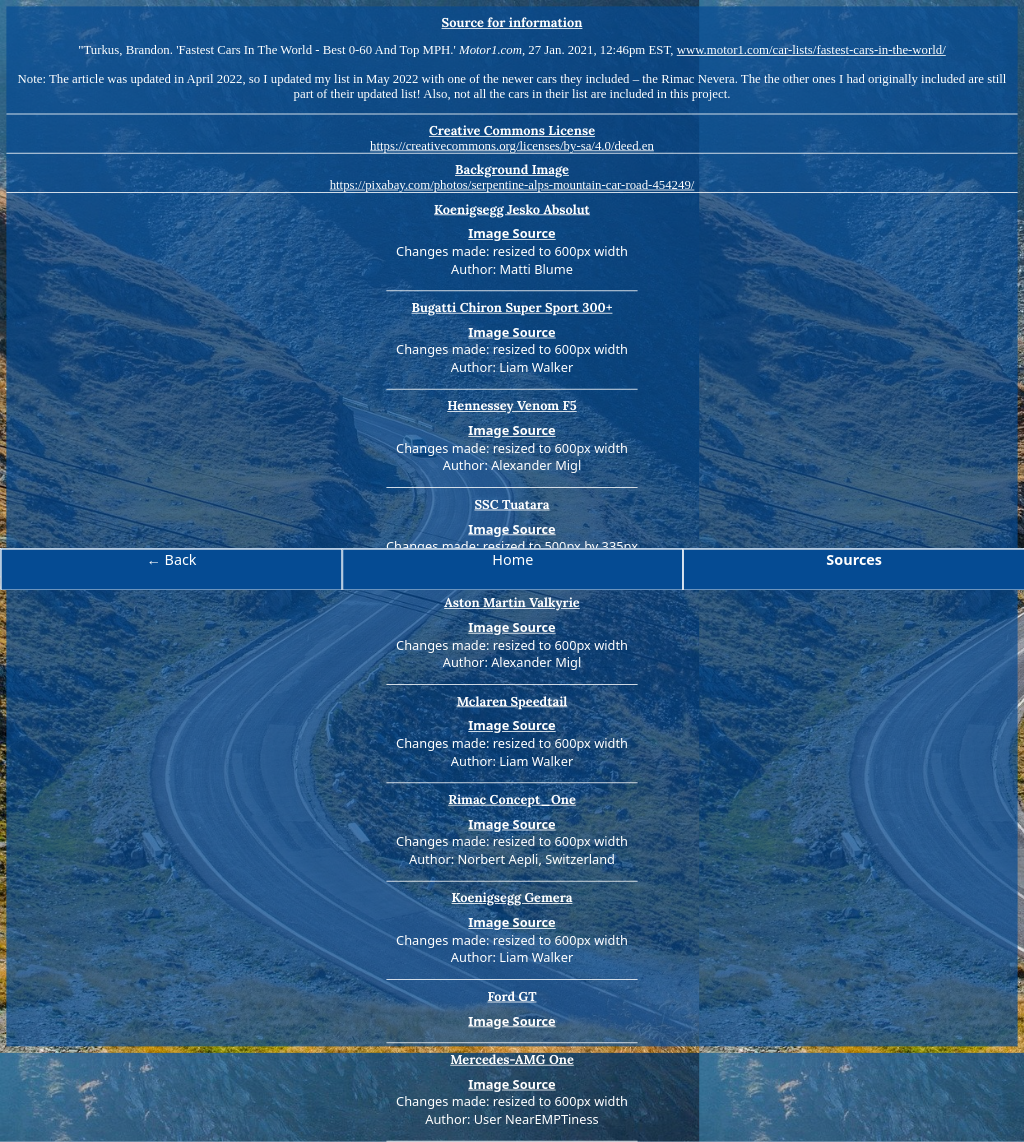
Repository: xxk3990/fastest-cars-project
Page: sources.html
An editor plug-in stored every save of this project. The page is shown before and after the next save, followed by the edit.
The browser window is 1280 px wide. The pictures show the whole page, at 80% of full size.
Backgrounds fixed to the window are drawn as part of the page.

Above is the page before, as saved 2022-05-19 15:59:14.

### sources.html
<!DOCTYPE html>
<html lang="en">

<head>
    <meta charset="UTF-8">
    <meta http-equiv="X-UA-Compatible" content="IE=edge">
    <meta name="viewport" content="width=device-width, initial-scale=1.0">
    <title>Sources</title>
    <link rel="stylesheet" href="styles/styles.css">
    <link rel="preconnect" href="https://fonts.gstatic.com">
    <link href="https://fonts.googleapis.com/css2?family=Lora:wght@700&display=swap" rel="stylesheet">
    <link rel="preconnect" href="https://fonts.gstatic.com">
    <link href="https://fonts.googleapis.com/css2?family=Lora:wght@700&family=Noto+Sans&display=swap" rel="stylesheet">
</head>

<body>
    <section id="sourcesList">
        <section id="sources">
            <section id="static-sources"> <!--had to remove the info source from the json to avoid issues-->
                <section id="information-source" class = "static-src">
                    <h4 class="source-header">Source for information</h4>
                    <p>"Turkus, Brandon. 'Fastest Cars In The World - Best 0-60 And Top MPH.' <em>Motor1.com</em>, 27 Jan.
                        2021, 12:46pm EST, <a id ="info-src"
                            href="https://www.motor1.com/car-lists/fastest-cars-in-the-world/">www.motor1.com/car-lists/fastest-cars-in-the-world/</a>
                        <br>
                        <br>
                        Note: The article was updated in April 2022, so I updated my list in May 2022 with one of the newer cars they included – the Rimac Nevera. The the other ones I had originally included are still part of their updated list! Also, not all the cars in their list are included in this project.
                    </p>
                </section>
                <section id="cc-license" class = "static-src">
                    <h4 class="source-header">Creative Commons License</h4>
                    <!--required for WikiMedia Commons use-->
                    <a class = "img-src"
                        href="https://creativecommons.org/licenses/by-sa/4.0/deed.en">https://creativecommons.org/licenses/by-sa/4.0/deed.en</a>
                </section>
                <section id="bg-img-source" class = "static-src">
                    <h4 class="source-header"> Background Image </h4>
                    <a class = "img-src" href="https://pixabay.com/photos/serpentine-alps-mountain-car-road-454249/">
                        https://pixabay.com/photos/serpentine-alps-mountain-car-road-454249/
                    </a>
                </section>
            </section>
            <section id="dynamicSources"> <!--sources lodaed from JSON go here!-->
            </section>
        </section>

    </section>
    <script src="sources.js"></script>
    <footer class="nav-bar">
        <section id="pages-links">
            <!--
            This neat trick of adding a <div> to an <a> allows you to make
            an <a> tag that fills an entire section and isn't just text!
            -->
            <a id="backLink" href="javascript:window.history.back()">
                <div> &#8592; Back </div>
            </a>
            <a id="homeLink" href="main-list.html">
                <div> Home </div>
            </a>
            <div id="sourcesLink">
                <div><strong>Sources</strong></div>
            </div>
        </section>
    </footer>
</body>

</html>

### styles/styles.css
body {
    background: url("../imgs/background.jpg");
    background-size: contain;
    background-attachment: fixed;
    /* stops bg image from scrolling with data on page */
}
#indexBody {
    height: 100vh;
}

#carsList {
    display: grid;
    /* repeat() works well for dynamically loading a grid! */
    grid-template-columns: repeat(2, 1fr);
    grid-template-rows: repeat(5, 1fr);
    grid-gap: 15px;
    z-index: 0;
}

#carDetails,
#sourcesList {
    display: flex;
    flex-direction: column;
    align-items: center;
}

#cars {
    display: flex;
    flex-direction: column;
    align-items: center;
    background: rgb(5, 75, 147, 0.7);
    height: 450px;
    cursor: pointer;
}

#sources {
    display: flex;
    flex-direction: column;
    align-items: center;
    background: rgb(5, 75, 147, 0.7);
    color: white;
    text-align: center;
    height: 1300px; /* this was the only height that would have all the data show */
}

.img-src,
#info-src {
    color: white;
}

#car-img-sources, .static-src {
    border-bottom: 1px solid white;
}

.source-header { /* all source title headers */
    font-family: "Lora";
    text-decoration: underline;
    margin-bottom: 0;
    margin-top: 10px;
}

.source-data {
    list-style-type: none;
    display: flex;
    flex-direction: column;
    align-items: center;
    font-family: "Noto Sans";
    padding: 0;
    margin-top: 10px;
}

#car {
    text-align: center;
}

.make-model {
    display: flex;
    justify-content: space-evenly;
    font-family: "Lora";
    font-size: 21px;
    color: white;
}

.make-model-title {
    font-family: "Lora";
    font-weight: bold;
    color: white;
    font-size: 1.5em;
    margin-bottom: 5px;
    text-align: center;
}

.make-model h4 {
    margin-top: 10px;
}

#details {
    display: flex;
    flex-direction: column;
    align-items: center;
    background: rgb(5, 75, 147, 0.7);
    height: 700px;
}

#detail {
    display: flex;
    flex-direction: column;
    align-items: center;
    text-align: center;
    color: white;
    font-size: 20px;
    font-family: 'Noto Sans', sans-serif;
}

#top_speed_title,
#description h4 {
    /* make both section titles underlined and have normal font weight */
    font-weight: normal;
    text-decoration: underline;
}

#topSpeedAmt {
    font-weight: normal;
}

#top-speed {
    /* top speed span */
    display: flex;
    justify-content: center;
    padding-left: 5px;
    padding-right: 5px;
}

#description {
    margin-left: 50px;
    margin-right: 50px;
    font-size: 20px;
}

.nav-bar {
    position: fixed;
    z-index: 1;
    width: 100vw;
    height: 35px;
    background-color: #054b93;
    bottom: 0;
    left: 0;
}

#pages-links {
    display: flex;
    justify-content: space-evenly;
    list-style-type: none;
}

#pages-links a,
#pages-links div {
    /* turns navbar links into clickable elements instead of just text */
    width: 100%;
    height: 50px;
    background-color: #054b93;
    border: 1px solid white;
    color: white;
    text-decoration: none;
    font-size: 18px;
    vertical-align: middle;
    font-family: "Noto Sans";
    text-align: center;
}

#pages-links a div {
    text-align: center;
}

#app-info {
    display: flex;
    flex-direction: column;
    align-items: center;
    background: rgb(5, 75, 147, 0.7);
    text-align: center;
    color: white;
    font-family: "Noto Sans";
    font-size: 22px;
}
#welcome {
    font-family: "Lora";
    text-align: center;
    color: white;
}

@media screen and (min-width: 321px) and (max-width: 600px) {
    body {
        background: url("../imgs/background.jpg");
        background-size: 100vw 100vh;
        background-attachment: fixed;
    }

    #details-html,
    #details-body {
        margin-top: 0;
        /* reduces scrolling issues */
    }

    #carsList,
    #carDetails,
    #sourcesList {
        display: flex;
        flex-direction: column;
        align-items: center;
    }

    #sources {
        font-size: 17px;
        height: 1575px; /* had to be EVEN longer for this one */
    }

    #cars {
        width: 350px;
        height: 300px;
    }

    #car-image,
    #car-image-zoomed {
        width: 350px;
    }

    #car-image-zoomed {
        margin-top: 7px;
        /* add a bit of spacing between image and top of section on details page */
    }

    .make-model {
        /* for some reason it had extra padding and margins in the mobile version!*/
        margin: 0;
        padding: 0;
        height: 40px;
    }

    #details {
        width: 100vw;
        height: 100vh;
    }

    #top-speed {
        height: 40px;
        margin-bottom: 0;
    }

    #top-speed h4 {
        margin-top: 15px;
    }

    #description {
        margin-left: 20px;
        margin-right: 20px;
    }

    #description h4 {
        margin-top: 15px;
        margin-bottom: 0;
    }

    #description p {
        margin-top: 15px;
        font-size: 19px;
    }

    .img-src,
    #info-src {
        display: flex;
        flex-direction: column;
        align-items: center;
    }

    .source-data,
    #information-source p,
    #bg-img-source {
        padding: 0;
    }
    .source-header {
        max-width: 375px;
    }

    #app-info {
        height: 50vh;
        font-size: 30px;
    }

}

@media screen and (max-width: 320px) {

    html,
    body {
        background: url("../imgs/background.jpg");
        background-size: 100vw 100vh;
        background-attachment: fixed;
    }

    #details-html,
    #details-body {
        margin-top: 0;
        /* reduces scrolling issues */
    }

    #carsList,
    #carDetails {
        display: flex;
        flex-direction: column;
        align-items: center;
    }

    #details {
        width: 100vw;
        height: 600px;
    }

    #car-image,
    #car-image-zoomed {
        width: 300px;
    }

    #car-image-zoomed {
        margin-top: 7px;
        /* add a bit of spacing between image and top of section on details page */
    }

    #cars {
        width: 300px;
        height: 300px;
    }

    .make-model {
        /* for some reason it had extra padding and margins in the mobile version!*/
        margin: 0;
        padding: 0;
        height: 30px;
        font-size: 20.5px;
        margin-bottom: 20px;
    }

    #top-speed {
        height: 30px;
        margin-bottom: 0;
    }

    #top-speed h4 {
        margin-top: 10px;
    }

    #description {
        margin-left: 10px;
        margin-right: 10px;
        font-size: 17px;
    }

    #description h4 {
        margin-top: 10px;
        margin-bottom: 0;
    }

    #description p {
        margin-top: 10px;
    }
    #sources {
        height: 1500px;
    }

}

@media screen and (min-width: 768px) and (max-width: 1024px) {
    #carsList {
        display: flex;
        flex-direction: column;
        align-items: center;
    }

    #car-image {
        width: 600px;
    }

    #cars {
        width: 600px;
        height: 500px;
    }
    #sources {
        height: 1400px;
    }

}

### sources.js
"use strict";

const xhr = new XMLHttpRequest(),
    url = "fastest-cars.json";
let output = "";

xhr.onreadystatechange = () => {
    if (xhr.readyState === 4 && xhr.status === 200) {
        const srcObj = JSON.parse(xhr.responseText);
        for (let s of srcObj) {
                output += display(s);
        }
        dynamicSources.innerHTML += output;
    }
};
xhr.open("GET", url, true);
xhr.send();

const display = (data) => {
    if (data.make === "Ford") {
    //the GT is the only one not from Wikimedia Commons and so it doesn't require the author and changes made.
        return `
            <section id = "car-img-sources">
                <h4 class = "source-header"> ${data.make} ${data.model}</h4>
                <ul class = "source-data">
                    <li><strong><a class ="img-src" href = "${data.imageSource.url}">Image Source</a></strong></li>
                </ul>
            </section>
        `
    } else {
        return `
                    <section id = "car-img-sources">
                        <h4 class = "source-header"> ${data.make} ${data.model}</h4>
                        <ul class = "source-data">
                            <li class = "source-li"><strong><a class ="img-src" href = "${data.imageSource.url}">Image Source</a></strong></li>
                            <li class = "source-li"> Changes made: ${data.imageSource.changes_made}</li>
                            <li class = "source-li"> Author: ${data.imageSource.author}</li>
                        </ul>
                    </section>
        `
    }

}

### fastest-cars.json
[
   {
      "id": 0,
      "model":"Jesko Absolut",
      "make":"Koenigsegg",
      "top_speed":330,
      "description":"This vehicle has 1600 brake horsepower with a five liter V8 engine that has added downforce due to a sleek body. However, while the other cars have officially reached their top speed, the Jesko Absolut's claimed top speed of 330 is only what their calculations say, as they have not been able to officially test it.",
      "image": {
         "sixHundred": "imgs/jesko.jpeg",
         "fourHundred": "imgs/jesko-400.jpeg",
         "threeFifty": "imgs/jesko-350.jpeg",
         "threeHundred": "imgs/jesko-300.jpeg"
      },
      "imageSource":{
         "url":"https://commons.wikimedia.org/wiki/File:GIMS_2019,_Le_Grand-Saconnex_(GIMS0833).jpg",
         "changes_made":"resized to 600px width",
         "author":"Matti Blume"
      }
   },
   {
      "id": 1,
      "model":"Chiron Super Sport 300+",
      "make":"Bugatti",
      "top_speed":304,
      "description":"This car was tested and hit 304mph. It has 1,600 brake horsepower and can hit 60mph in only 2.3 seconds.",
      "image":{
         "sixHundred": "imgs/chiron_300plus.jpeg",
         "fourHundred": "imgs/chiron_300plus-400.jpeg",
         "threeFifty" : "imgs/chiron_300plus-350.jpeg",
         "threeHundred": "imgs/chiron_300plus-300.jpeg"
      },
      "imageSource":{
         "url":"https://commons.wikimedia.org/wiki/File:2020_Bugatti_Chiron_Super_Sport_300%2B_Prototype.jpg",
         "changes_made":"resized to 600px width",
         "author":"Liam Walker"
      }
   },
   {
      "id": 2,
      "model":"Venom F5",
      "make":"Hennessey",
      "top_speed":311,
      "description":"The fastest US car on this list, this car will fly past 300 MPH due to a 1,817 brake horsepower 6.6 liter V8 with two turbochargers that will also allow it to hit 60MPH in 2.4 seconds.",
      "image":{
         "sixHundred": "imgs/venom_f5.jpeg",
         "fourHundred": "imgs/venom_f5-400.jpeg",
         "threeFifty": "imgs/venom_f5-350.jpeg",
         "threeHundred": "imgs/venom_f5-300.jpeg"
      },
      "imageSource":{
         "url":"https://commons.wikimedia.org/wiki/File:Hennessey_Venom_F5_Genf_2018.jpg",
         "changes_made":"resized to 600px width",
         "author":"Alexander Migl"
      }
   },
   {
      "id": 3,
      "model":"Tuatara",
      "make":"SSC",
      "top_speed":282.9,
      "description":"Although initial testing had some problems, this car was able to set an average top speed of 282.9MPH with its 1,750 BHP. It can also hit 60 MPH in 2.5 seconds. ",
      "image": {
         "sixHundred": "imgs/tuatara.jpeg",
         "fourHundred": "imgs/tuatara-400.jpeg",
         "threeFifty": "imgs/tuatara-350.jpeg",
         "threeHundred": "imgs/tuatara-300.jpeg"
      },
      "imageSource":{
         "url":"https://commons.wikimedia.org/wiki/File:2019_SSC_Tuatara_at_Pebble_Beach_Press_Conference.jpg",
         "changes_made":"resized to 500px by 335px",
         "author":"Corbin Harder"
      }
   },
   {
      "id": 4,
      "model":"Valkyrie",
      "make":"Aston Martin",
      "top_speed":250,
      "description":"This car, with its V12 engine and hybrid technology, has 1,160 BHP a top speed of over 250 miles an hour and a 0-60 of 2.5 seconds.",
      "image": {
         "sixHundred": "imgs/valkyrie.jpeg",
         "fourHundred": "imgs/valkyrie-400.jpeg",
         "threeFifty": "imgs/valkyrie-350.jpeg",
         "threeHundred": "imgs/valkyrie-300.jpeg"
      },
      "imageSource":{
         "url":"https://commons.wikimedia.org/wiki/File:Aston_Martin_Valkyrie_Verification_Prototype_001_Genf_2019_1Y7A5569.jpg",
         "changes_made":"resized to 600px width",
         "author":"Alexander Migl"
      }
   },
   {
      "id": 5,
      "model":"Speedtail",
      "make":"Mclaren",
      "top_speed":250,
      "description":"A hypercar from a company with a history of speed record cars, this car will no doubt reach its 250 MPH top speed. It has 1,036 BHP and can reach 60 in 2.9 seconds.",
      "image": {
         "sixHundred": "imgs/speedtail.jpg",
         "fourHundred": "imgs/speedtail-400.jpg",
         "threeFifty": "imgs/speedtail-350.jpg",
         "threeHundred": "imgs/speedtail-300.jpg"
      },
      "imageSource":{
         "url":"https://commons.wikimedia.org/wiki/File:2020_McLaren_Speedtail_4.0_Rear.jpg",
         "changes_made":"resized to 600px width",
         "author":"Liam Walker"
      }
   },
   {
      "id": 6,
      "model":"Concept_One",
      "make":"Rimac",
      "top_speed":221,
      "description":"This is the only electric supercar on this list, but it shows just how powerful electric cars can be. It has 1,224 BHP and can hit 60 in 2.5 seconds. We will soon see the next gen version, the Concept_Two, which will have 1,914 BHP.",
      "image":{
         "sixHundred": "imgs/concept_one.jpeg",
         "fourHundred": "imgs/concept_one-400.jpeg",
         "threeFifty": "imgs/concept_one-350.jpeg",
         "threeHundred": "imgs/concept_one-300.jpeg"
      },
      "imageSource":{
         "url":"https://commons.wikimedia.org/wiki/File:2017-03-07_Geneva_Motor_Show_0949.JPG",
         "changes_made":"resized to 600px width",
         "author":"Norbert Aepli, Switzerland"
      }
   },
   {
      "id": 7,
      "model":"Gemera",
      "make":"Koenigsegg",
      "top_speed":249,
      "description":"With only a 3 cylinder engine, you wouldn't expect this car to be on this list, but Koenigsegg have put their magic into it. It has 1,700 BHP and gets to 60 in a whopping 1.9 seconds. It will also seat four people, so you can enjoy a drive with three friends.",
      "image":{
         "sixHundred": "imgs/gemera.jpg",
         "fourHundred": "imgs/gemera-400.jpg",
         "threeFifty": "imgs/gemera-350.jpg",
         "threeHundred": "imgs/gemera-300.jpg"
      },
      "imageSource":{
         "url":"https://commons.wikimedia.org/wiki/File:2020_Koenigsegg_Gemera_2.0.jpg",
         "changes_made":"resized to 600px width",
         "author":"Liam Walker"
      }
   },
   {
      "id": 8,
      "model":"GT",
      "make":"Ford",
      "top_speed":216,
      "description":"This car has 660 BHP from a 3.5 liter V6 with two turbochargers, allowing it to hit 216 MPH and 60 in 3 seconds flat.",
      "image": {
         "sixHundred": "imgs/gt.jpg",
         "fourHundred": "imgs/gt-400.jpg",
         "threeFifty": "imgs/gt-350.jpg",
         "threeHundred": "imgs/gt-300.jpg"
      },
      "imageSource":{
         "url":"https://pixabay.com/photos/car-auto-ford-gt-gt-ford-gt-2020-4865483/"
      }
   },
   {
      "id": 9,
      "model":"One",
      "make":"Mercedes-AMG",
      "top_speed":217,
      "description":"With technology borrowed from its f1 team, Mercedes-AMG is giving this car over 1,000 BHP and a 0-60 in 2.6 seconds.",
      "image": {
         "sixHundred": "imgs/one.jpeg",
         "fourHundred": "imgs/one-400.jpeg",
         "threeFifty": "imgs/one-350.jpeg",
         "threeHundred": "imgs/one-300.jpeg"
      },
      "imageSource":{
         "url":"https://commons.wikimedia.org/wiki/File:AMG_at_IAA_2017_(05).jpg",
         "changes_made":"resized to 600px width",
         "author":"User NearEMPTiness"
      }
   }
]

After the next save:
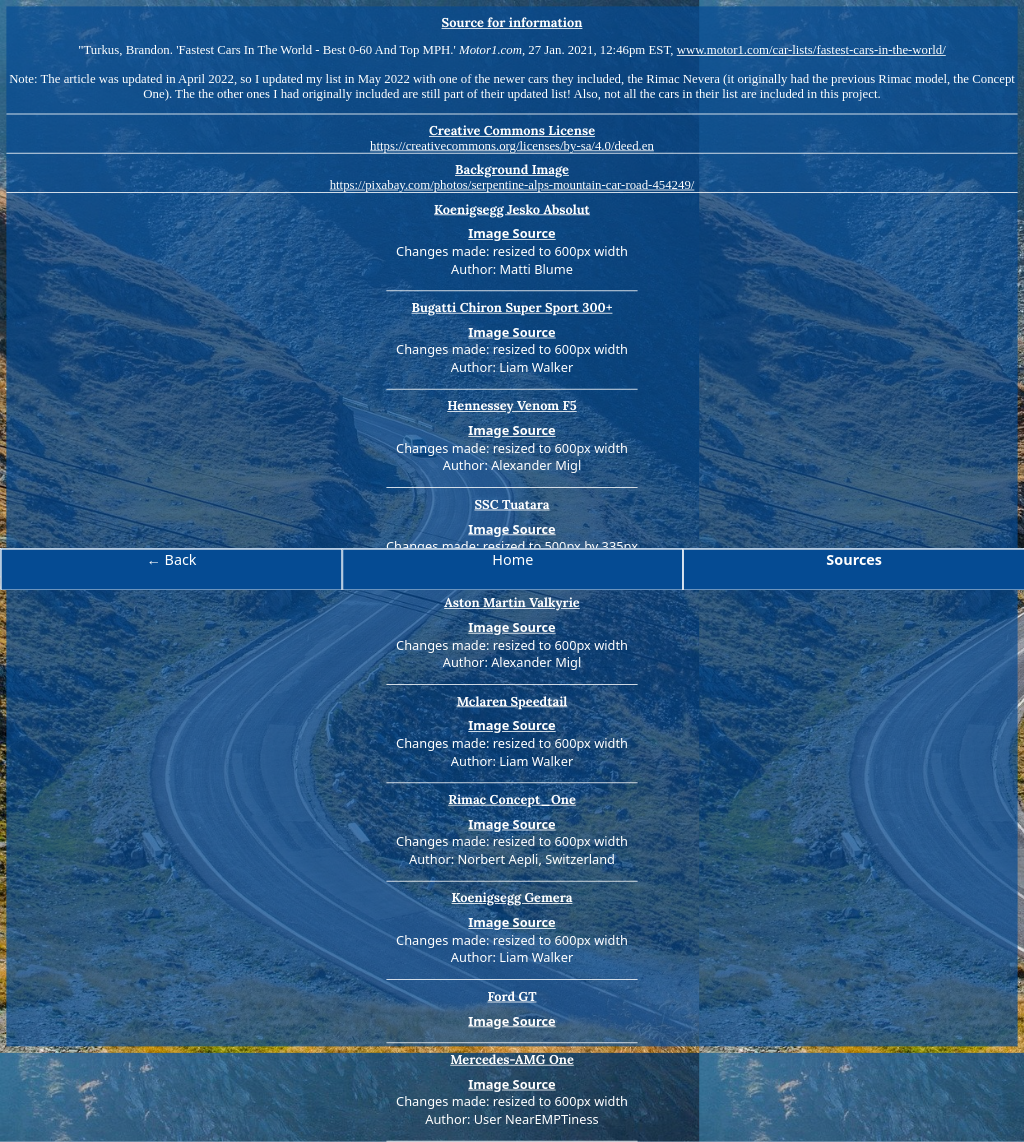
Saved 98 s later.
--- a/sources.html
+++ b/sources.html
@@ -24,7 +24,7 @@
                             href="https://www.motor1.com/car-lists/fastest-cars-in-the-world/">www.motor1.com/car-lists/fastest-cars-in-the-world/</a>
                         <br>
                         <br>
-                        Note: The article was updated in April 2022, so I updated my list in May 2022 with one of the newer cars they included – the Rimac Nevera. The the other ones I had originally included are still part of their updated list! Also, not all the cars in their list are included in this project.
+                        Note: The article was updated in April 2022, so I updated my list in May 2022 with one of the newer cars they included, the Rimac Nevera (it originally had the previous Rimac model, the Concept One). The the other ones I had originally included are still part of their updated list! Also, not all the cars in their list are included in this project.
                     </p>
                 </section>
                 <section id="cc-license" class = "static-src">
